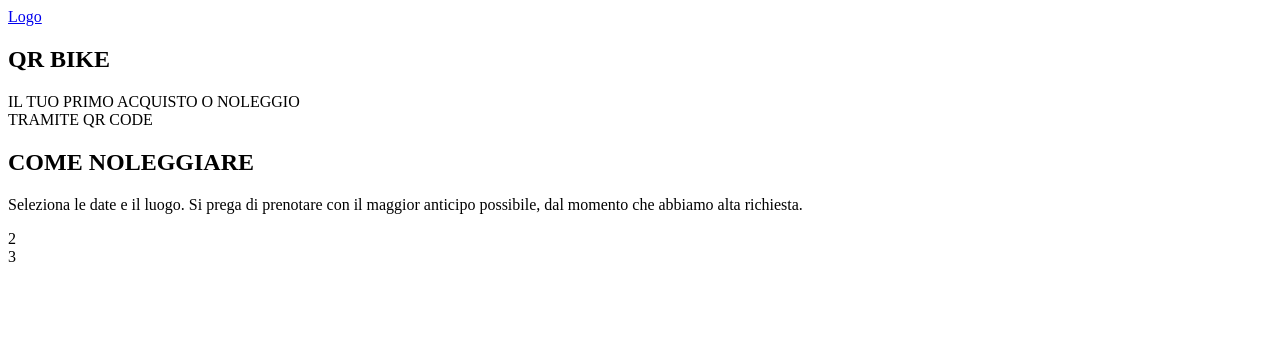
Repository: andrealepori/qrbike
Page: index.html
These files come from the project's save history. The page is drawn as it stood at one moment and after the next save; the edit follows.
The browser window is 1280 px wide. The pictures show the whole page.

Above is the page before, as saved 2020-09-16 16:17:29.

After the next save:
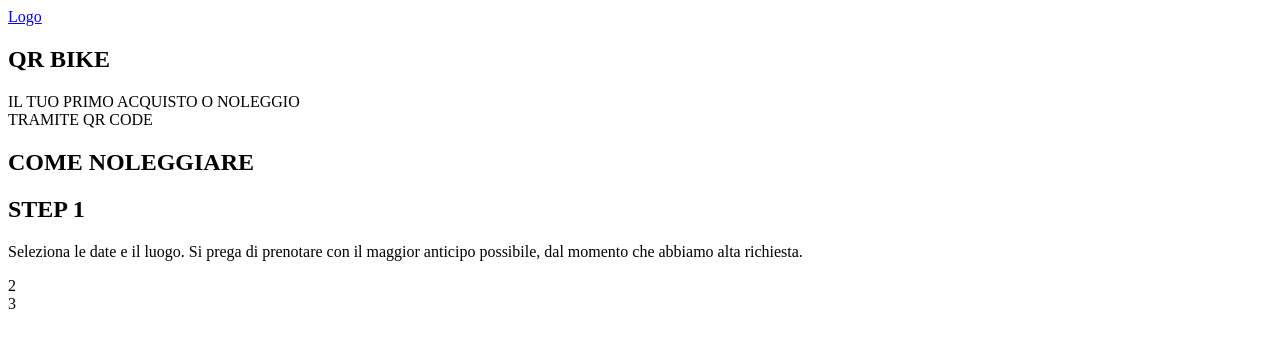
Saved 83 s later.
--- a/index.html
+++ b/index.html
@@ -45,6 +45,8 @@
 
   <section class="grid-1">
     <div class="item-1">
+      <h1 class="nero">STEP 1 </h1>
+
 
       <p class="nero">
         Seleziona le date e il luogo. Si prega di prenotare con il maggior anticipo possibile, dal momento che abbiamo alta richiesta. </p>
